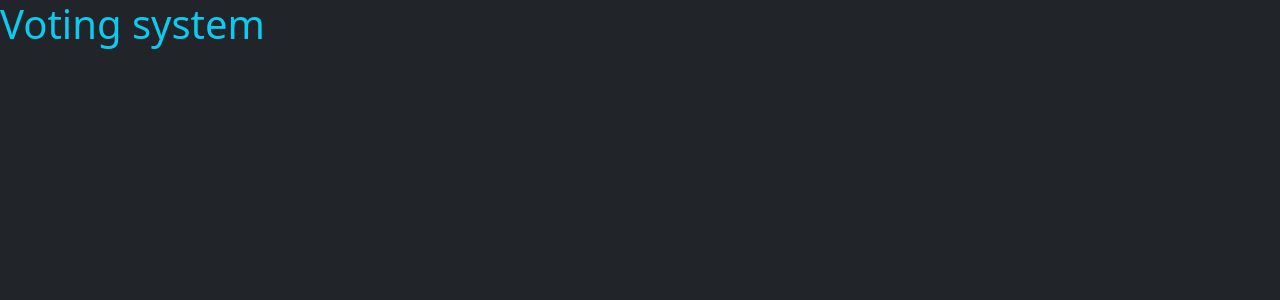
Repository: AvinashLikesToLearnNewStuff/VotingSite
Page: http://localhost/
The author's editor kept a copy of each file at every save. The page is drawn from the files as they stood at one save, then again after the next save.
The browser window is 1280 px wide. The pictures show the whole page.
The page is run by PHP 8.4 with error messages shown; the project is at /var/www/html/.

Above is the page before, as saved 2023-03-09 09:46:30.

After the next save:
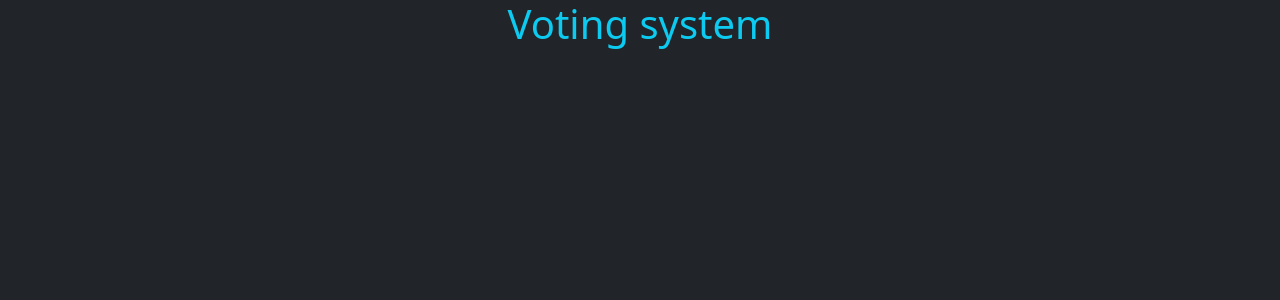
Saved 15 s later.
--- a/index.php
+++ b/index.php
@@ -9,7 +9,7 @@
      <link href="https://cdn.jsdelivr.net/npm/bootstrap@5.2.3/dist/css/bootstrap.min.css" rel="stylesheet" integrity="sha384-rbsA2VBKQhggwzxH7pPCaAqO46MgnOM80zW1RWuH61DGLwZJEdK2Kadq2F9CUG65" crossorigin="anonymous">
 </head>
 <body class="bg-dark">
-    <h1 class= text-info "text-center">Voting system</h1>
+    <h1 class=  "text-info text-center">Voting system</h1>
 
 </body>
 </html>
